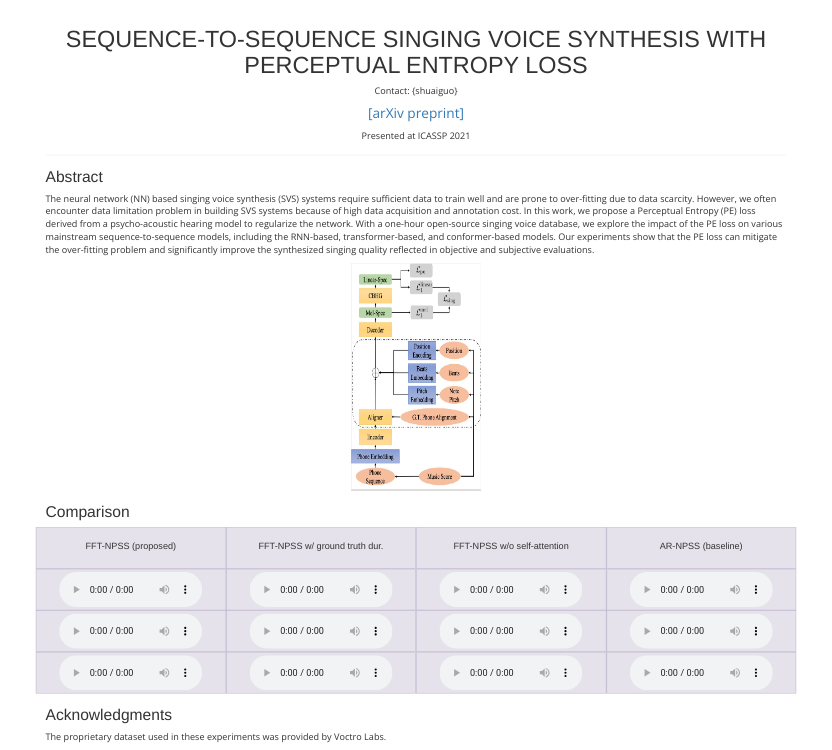
Repository: PeterGuoRuc/SVS_pe.github.io
Page: index.html
The author's editor kept a copy of each file at every save. The page is drawn from the files as they stood at one save, then again after the next save.
The browser window is 1280 px wide. The pictures show the whole page, at 65% of full size.

Above is the page before, as saved 2021-06-06 16:42:08.

After the next save:
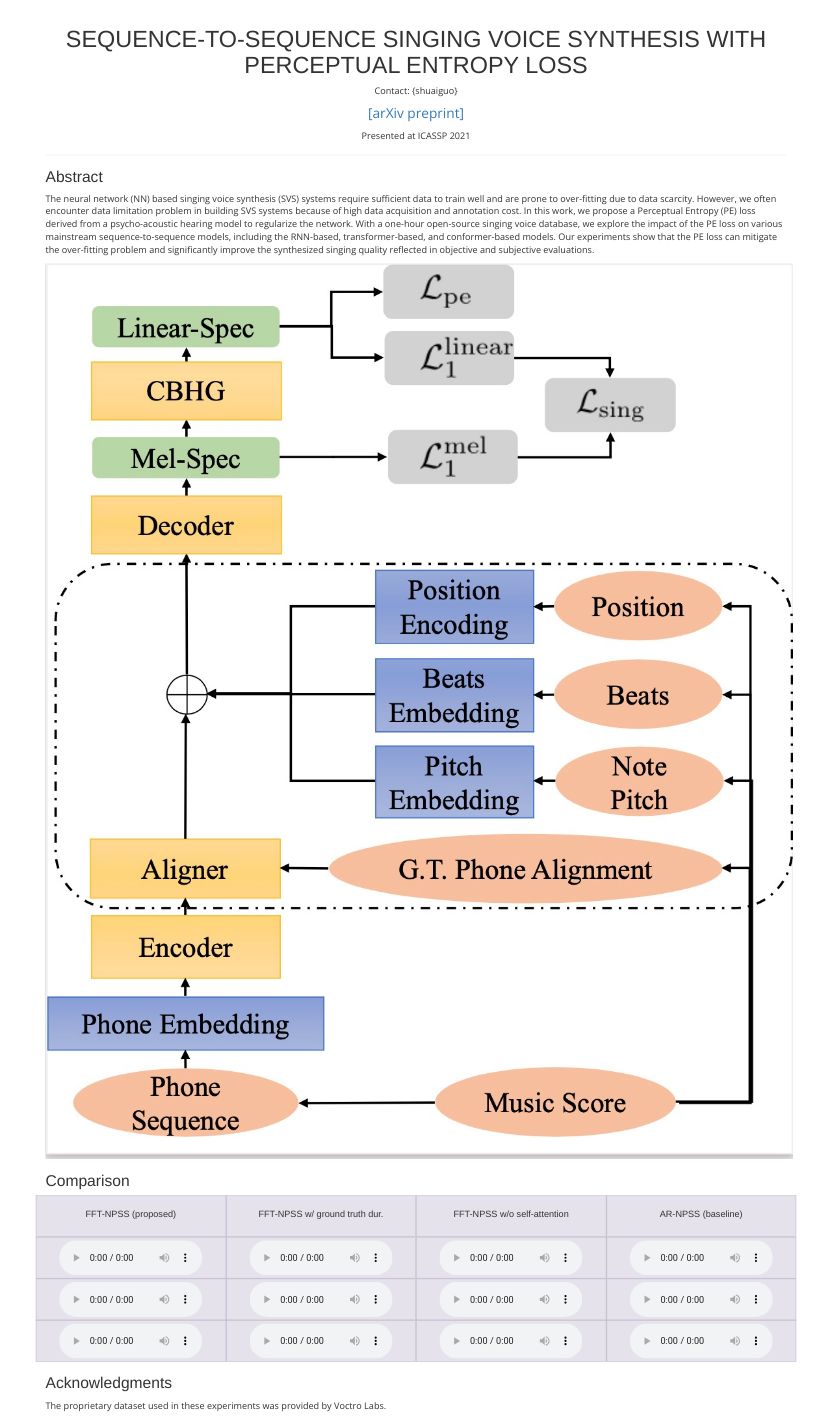
Saved 8 s later.
--- a/index.html
+++ b/index.html
@@ -57,7 +57,7 @@
         Our experiments show that the PE loss can mitigate the over-fitting problem and significantly improve the synthesized singing quality reflected in objective and subjective evaluations.
       </p>
 
-      <center><img src="files/svs_model.jpg"/ height="350" width="200"></center>
+      <center><img src="files/svs_model.jpg"/></center>
 
       <h3>Comparison</h3>
       <div class="row">
